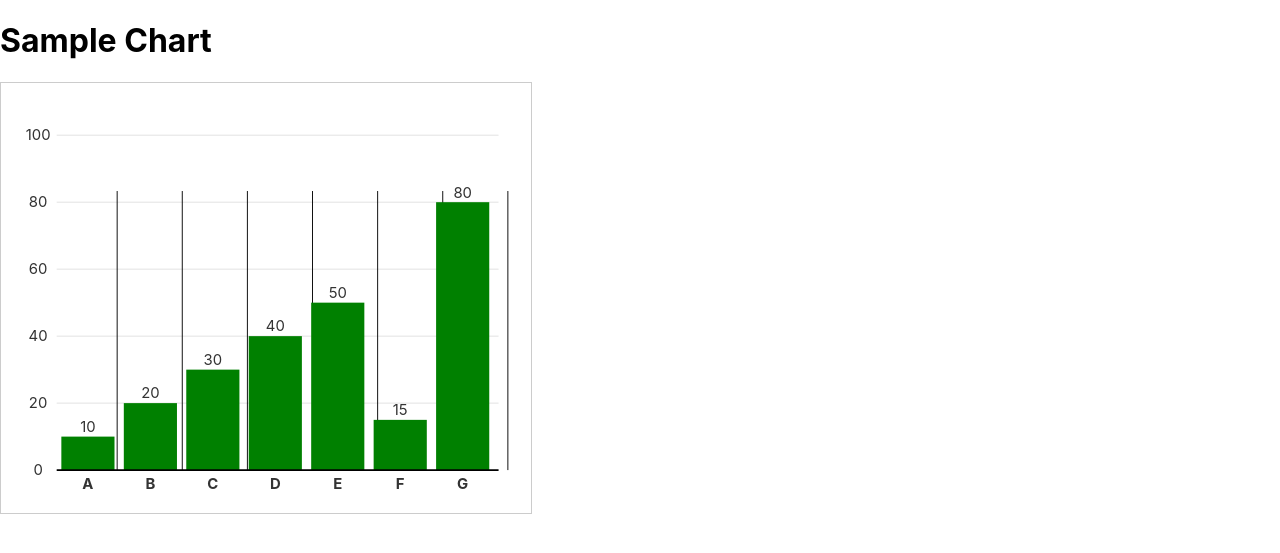
Repository: CaptainJang316/GChart
Page: /
These files come from the project's save history. The page is drawn as it stood at one moment and after the next save; the edit follows.
The browser window is 1280 px wide. The pictures show the whole page.
The project was rebuilt for these pictures with package versions that can differ from the ones it lists, and the page was loaded fresh each time. Also part of the build but not shown: src/App.css.

Above is the page before, as saved 2024-11-09 17:56:50.

After the next save:
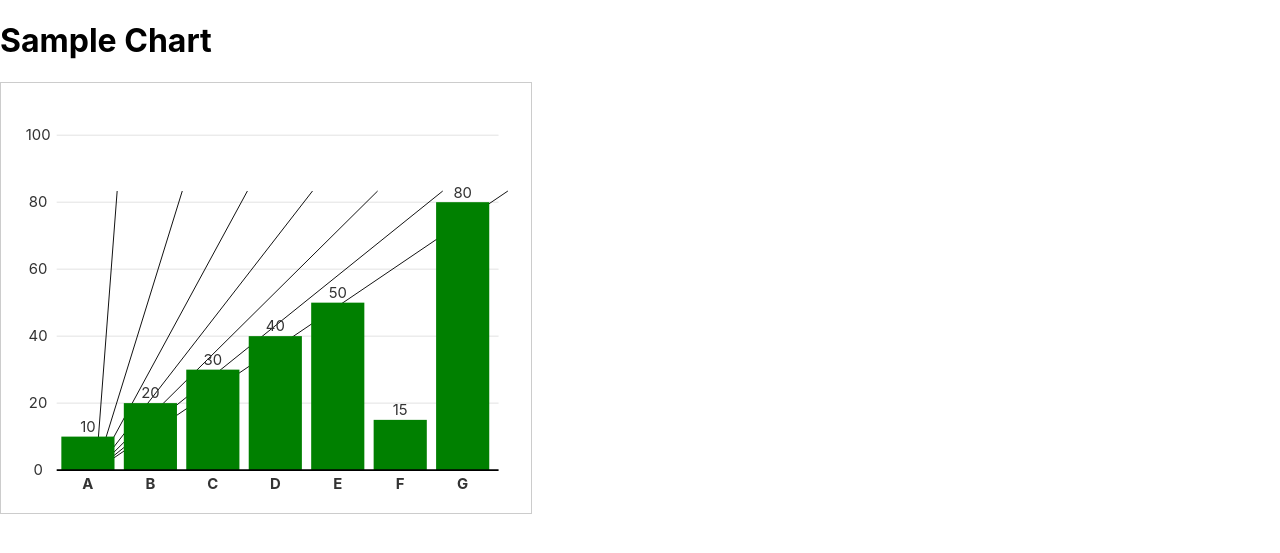
Saved 6 s later.
--- a/src/components/Chart/BarChart.tsx
+++ b/src/components/Chart/BarChart.tsx
@@ -61,7 +61,7 @@
                     {gridLines.vertical.map((el: { id: React.Key | null | undefined; x1: number ; y1: number ; x2: number ; y2: number; }, index: number) => (
                         <line
                             key={el.id}
-                            x1={el.x1 + 50}
+                            x1={barWidth}
                             y1={height}
                             x2={el.x2 + 50}
                             y2={100}

After the save that followed:
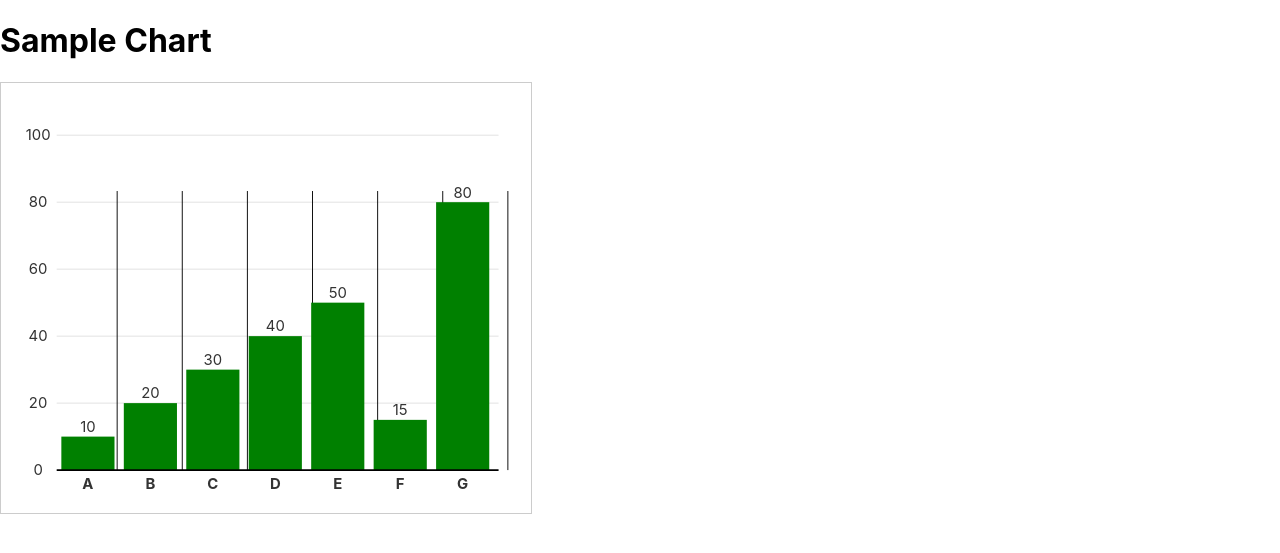
Saved 8 s later.
--- a/src/components/Chart/BarChart.tsx
+++ b/src/components/Chart/BarChart.tsx
@@ -61,7 +61,7 @@
                     {gridLines.vertical.map((el: { id: React.Key | null | undefined; x1: number ; y1: number ; x2: number ; y2: number; }, index: number) => (
                         <line
                             key={el.id}
-                            x1={barWidth}
+                            x1={el.x1 + 50}
                             y1={height}
                             x2={el.x2 + 50}
                             y2={100}
